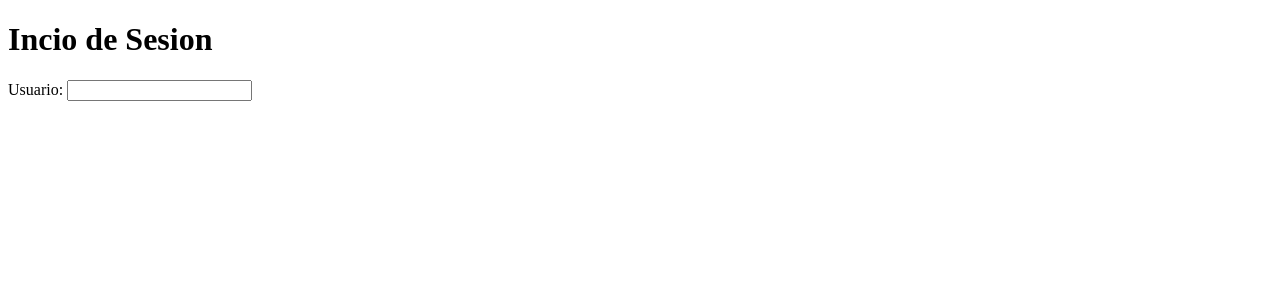
Repository: elcharlybeto/Java-WEB-API-55961
Page: http://localhost/Sesiones/formulario.jsp
These files come from the project's save history. The page is drawn as it stood at one moment and after a run of saves; the edit follows.
The browser window is 1280 px wide. The pictures show the whole page.
The page is served by Tomcat 9. Other server files are loaded and not shown.

Above is the page before, as saved 2022-01-20 23:11:42.

### Sesiones/src/main/webapp/formulario.jsp
<%@ page language="java" contentType="text/html; charset=ISO-8859-1"
    pageEncoding="ISO-8859-1"%>
<!DOCTYPE html>
<html>
<head>
<meta charset="ISO-8859-1">
<title>Formulario</title>
</head>
<body>
<h1>Incio de Sesion</h1>

<form>
<div>
<label>Usuario:</label>
<input type="email" id="correo" name="correo" placeholder=""/>
</div>


</form>

</body>
</html>

After the next 2 saves:
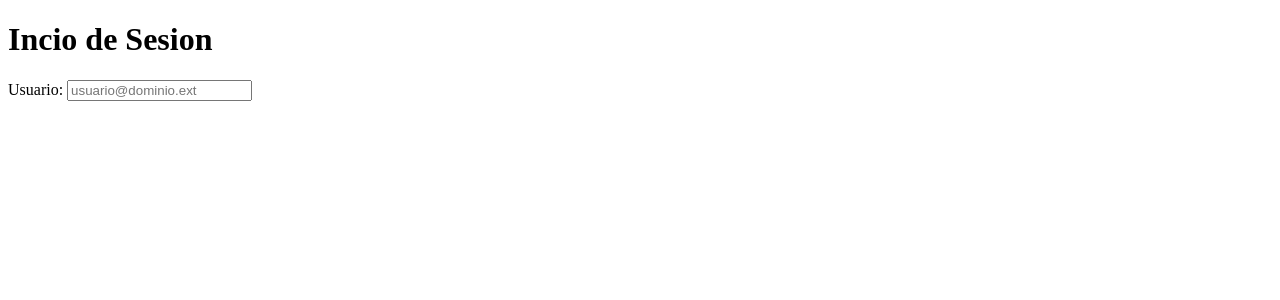
The 2 saves are shown as one change because they came seconds apart.
The last was saved 7 s later.
--- a/Sesiones/src/main/webapp/formulario.jsp
+++ b/Sesiones/src/main/webapp/formulario.jsp
@@ -12,7 +12,7 @@
 <form>
 <div>
 <label>Usuario:</label>
-<input type="email" id="correo" name="correo" placeholder=""/>
+<input type="email" id="correo" name="correo" placeholder="usuario@dominio.ext" />
 </div>
 
 
